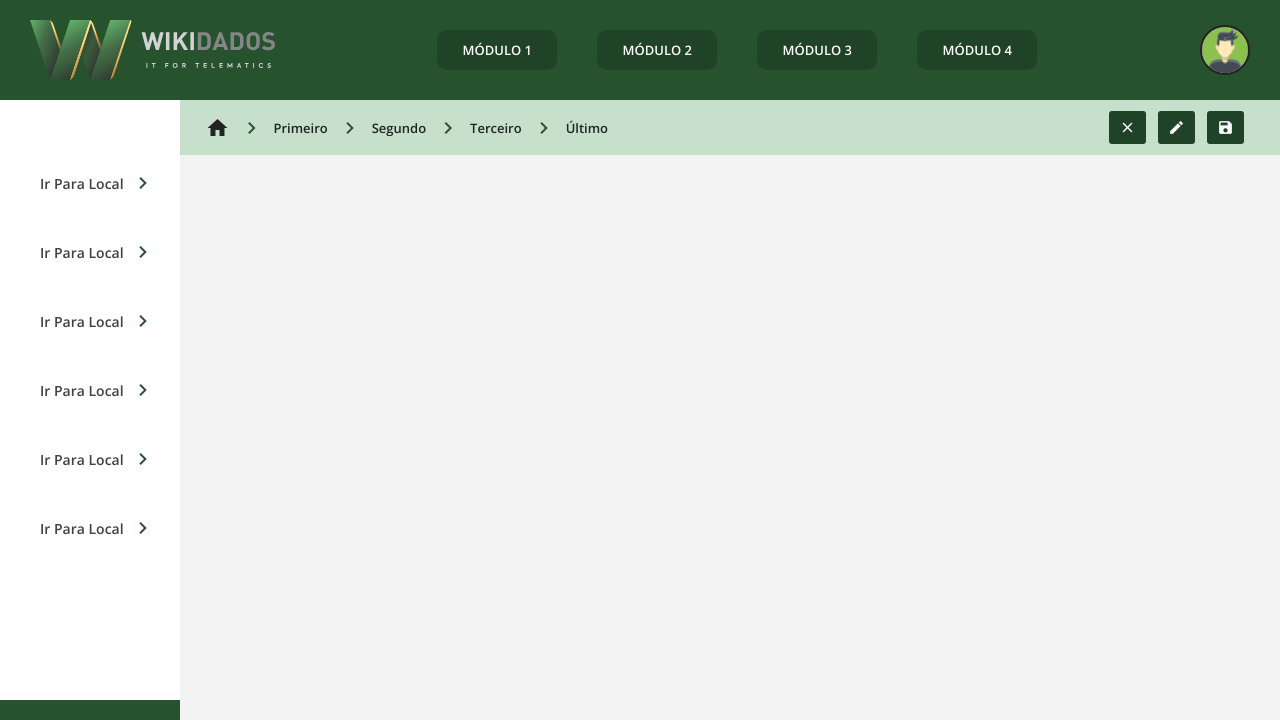
Repository: AlexDjon/alexdjon.github.io
Page: wiki-relayout/index.html
An editor plug-in stored every save of this project. The page is shown before and after the next save, followed by the edit.
The browser window is 1280 px wide. The pictures show the whole page.

Above is the page before, as saved 2020-08-12 16:01:04.

### wiki-relayout/index.html
<!DOCTYPE html>
<html lang="pt-br">

<head>
  <meta charset="UTF-8">
  <meta name="viewport" content="width=device-width, initial-scale=1.0">
  <title>Wiki - Relayout</title>

  <link rel="shotcut icon" href="https://wikidados.com.br/assets/wiki/img/logos/favicon.ico">
  <link href="https://fonts.googleapis.com/icon?family=Material+Icons" rel="stylesheet">
  <link href="https://fonts.googleapis.com/css2?family=Open+Sans:wght@400;600;700&display=swap" rel="stylesheet">
  <link rel="stylesheet" href="css/styles.css">
</head>

<body>
  <header class="cabecalho">
    <img src="img/logo.svg" alt="Logo Wiki" class="logo">

    <div class="modulos">
      <button>Módulo 1</button>
      <button>Módulo 2</button>
      <button>Módulo 3</button>
      <button>Módulo 4</button>
    </div>

    <button class="user">
    </button>
  </header>

  <aside class="areas">
    <ul>
      <li><i class="material-icons">donut_large</i> Editar perfil</li>
      <li><i class="material-icons">grade</i> Favoritos</li>
      <li><i class="material-icons">history</i> Histórico</li>
      <li><i class="material-icons">power_settings_new</i> Sair</li>
    </ul>
  </aside>

  <main class="conteudo">
    <nav class="navbar">
      <ul class="menu">
        <li>Ir para local <i class="material-icons">chevron_right</i></li>
        <li>Ir para local <i class="material-icons">chevron_right</i></li>
        <li>Ir para local <i class="material-icons">chevron_right</i></li>
        <li>Ir para local <i class="material-icons">chevron_right</i></li>
        <li>Ir para local <i class="material-icons">chevron_right</i></li>
        <li>Ir para local <i class="material-icons">chevron_right</i></li>
      </ul>
    </nav>

    <div class="meio">
      <div class="barra">
        <ul class="caminho">
          <li>
            <i class="material-icons">home</i>
          </li>
          <li id="separator">
            <i class="material-icons">chevron_right</i>
          </li>
          <li>
            Primeiro
          </li>
          <li id="separator">
            <i class="material-icons">chevron_right</i>
          </li>
          <li>
            Segundo
          </li>
          <li id="separator">
            <i class="material-icons">chevron_right</i>
          </li>
          <li>
            Terceiro
          </li>
          <li id="separator">
            <i class="material-icons">chevron_right</i>
          </li>
          <li>
            Último
          </li>
        </ul>

        <div class="list-buttons">
          <button>
            <i class="material-icons">close</i>
          </button>
          <button>
            <i class="material-icons">edit</i>
          </button>
          <button>
            <i class="material-icons">save</i>
          </button>
        </div>
      </div>

    </div>

  </main>

  <script src="js/scripts.js"></script>
</body>

</html>

### wiki-relayout/css/styles.css
* {
  padding: 0;
  margin: 0;
  font-weight: 100%;
  font-family: 'Open Sans', sans-serif;
  border: 0;
  outline: 0;
  box-sizing: border-box;
}

body {
  background: #f3f3f3;
}

:root {
  --verdeW: #26522e;
  --verdeW2: #204226;
  --verdeW-semi: #c6e0cc;
  --verde: #32a852;
  --black: #232323;
  --black2: #414141;
  --white: #ffffff;
  --grey: #3b3b3b;
  --shadow: -4px 4px 8px 0px rgba(10, 10, 10, 0.27);
}

/* CABECALHO */
.cabecalho {
  width: 100%;
  height: 100px;
  background: var(--verdeW);
  padding: 10px 30px;
  display: flex;
  justify-content: space-between;
  align-items: center;
}

.cabecalho .logo {
  height: 60px;
}

.cabecalho .modulos {
  display: flex;
}
.cabecalho .modulos button {
  margin: 0 20px;
  width: 120px;
  height: 40px;
  border-radius: 10px;
  background-color: var(--verdeW2);
  color: var(--white);
  font-size: 13px;
  text-transform: uppercase;
  font-weight: 600;
  cursor: pointer;
  transition: filter 0.3s;
}
.cabecalho .modulos button:hover {
  filter: brightness(90%);
}
.cabecalho .user {
  height: 50px;
  width: 50px;
  border-radius: 50%;
  border: solid 2px var(--black);

  background-image: url(../img/avatar1.png);
  background-size: cover;
  background-position: center center;

  cursor: pointer;
}

/* AREAS */
.areas {
  display: none;
  min-width: 150px;
  position: absolute;
  top: 100px;
  right: 0;
  background-color: var(--white);
  box-shadow: var(--shadow);
}
.areas.ativo {
  display: block;
}
.areas ul {
  list-style: none;
  padding: 15px 20px;
}
.areas ul li {
  margin: 12px 0;
  font-size: 14px;
  color: var(--black2);

  display: flex;
  justify-content: flex-start;
  align-items: center;
  transition: color 0.3s;
  cursor: pointer;
}
.areas ul li:hover {
  color: var(--black);
}
.areas ul li i {
  margin-right: 8px;
  font-size: 17px;
  color: var(--verdeW);
}


/* NAVBAR */
.navbar {
  width: 210px;
  height: calc(100vh - 100px);
  background: var(--white);
  border-bottom: solid 20px var(--verdeW);
}
.navbar .menu {
  padding: 50px 0 50px 30px;
  display: flex;
  flex-direction: column;
  justify-content: flex-start;
  align-items: flex-start;
  list-style: none;
}
.navbar .menu li {
  margin: 14px 0;
  text-transform: capitalize;
  font-weight: 600;
  color: var(--black2);
  font-size: 14px;
  padding: 7px 3px 10px 10px;
  /* border-bottom: solid 1px var(--white);
  border-radius: 0 0 5px 0; */

  display: flex;
  justify-content: space-between;
  align-items: center;

  cursor: pointer;
}
.navbar .menu li i {
  margin-left: 7px;
  color: var(--black2);
}
.navbar .menu li i {
  color: var(--verdeW);
}


/* CONTEUDO */
.conteudo {
  width: 100%;
  height: calc(100vh - 100px);

  display: flex;
}

.meio {
  width: 100%;
  display: flex;
  flex-direction: column;
}

.meio .barra {
  width: 100%;
  height: 55px;
  padding: 0 20px;
  margin-bottom: 10px;
  background-color: var(--verdeW-semi);
  display: flex;
  justify-content: space-between;
  align-items: center;
}
/*
.meio .barra div#separator span i {
  margin: 0 5px;
  color: var(--verdeW);
} */
.meio .barra .caminho {
  height: 55px;
  display: flex;
  align-items: center;
  list-style: none;
}
.meio .barra .caminho li {
  height: 55px;
  margin: 0 5px;
  font-size: 13px;
  font-weight: 600;
  color: var(--black);
  display: flex;
  align-items: center;
}
.meio .barra .caminho li:not(#separator) {
  cursor: pointer;
}

.meio .barra .caminho li#separator {
  color: var(--verdeW);
}

.list-buttons {
  margin: 0 10px;
  display: flex;
}
.list-buttons button {
  padding: 8px 10px;
  margin: 0 6px;
  border-radius: 3px;
  display: flex;
  justify-content: center;
  align-items: center;
  background: var(--verdeW2);
}
.list-buttons button i {
  font-size: 17px;
  color: var(--white);
}
.list-buttons button:nth-child(1) {}
.list-buttons button:nth-child(2) {}
.list-buttons button:nth-child(3) {}

### wiki-relayout/js/scripts.js
function getItem(info) {
  return document.querySelector(info)
}

getItem('.user').addEventListener('click', () => {
  getItem('.areas').classList.toggle('ativo')
})

After the next save:
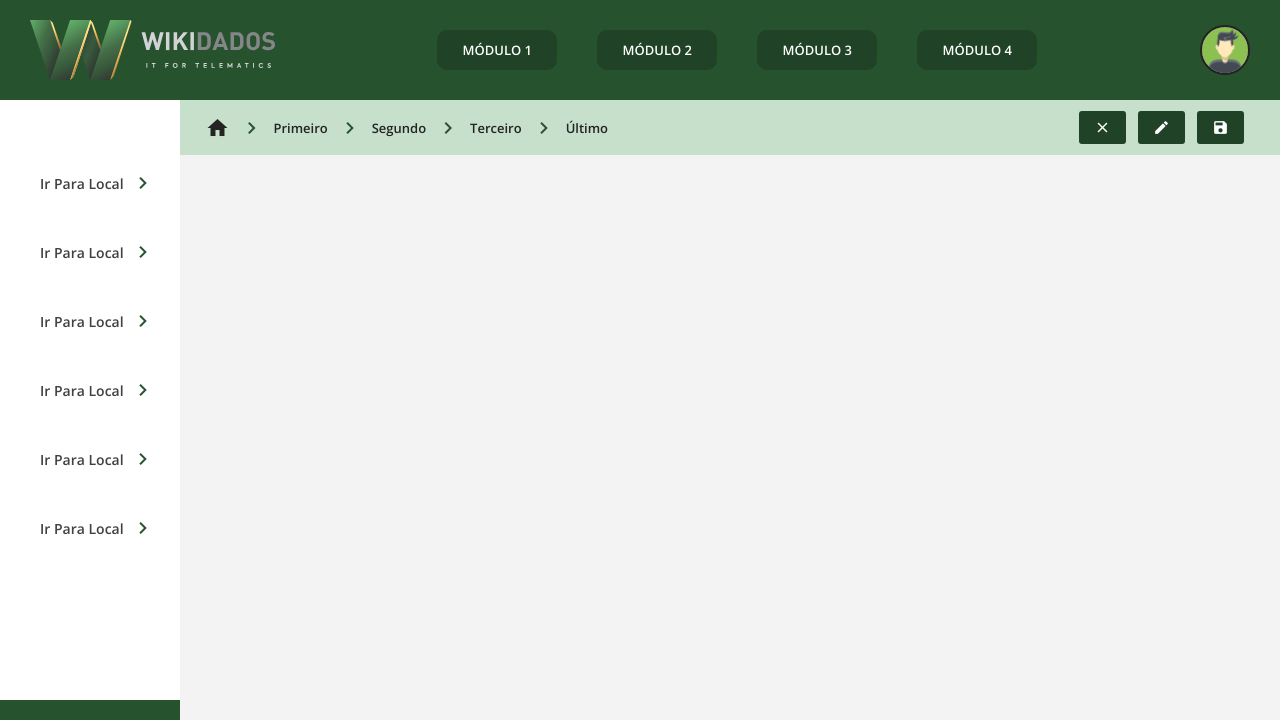
Saved 6 s later.
--- a/wiki-relayout/css/styles.css
+++ b/wiki-relayout/css/styles.css
@@ -206,7 +206,7 @@ body {
   display: flex;
 }
 .list-buttons button {
-  padding: 8px 10px;
+  padding: 8px 15px;
   margin: 0 6px;
   border-radius: 3px;
   display: flex;
